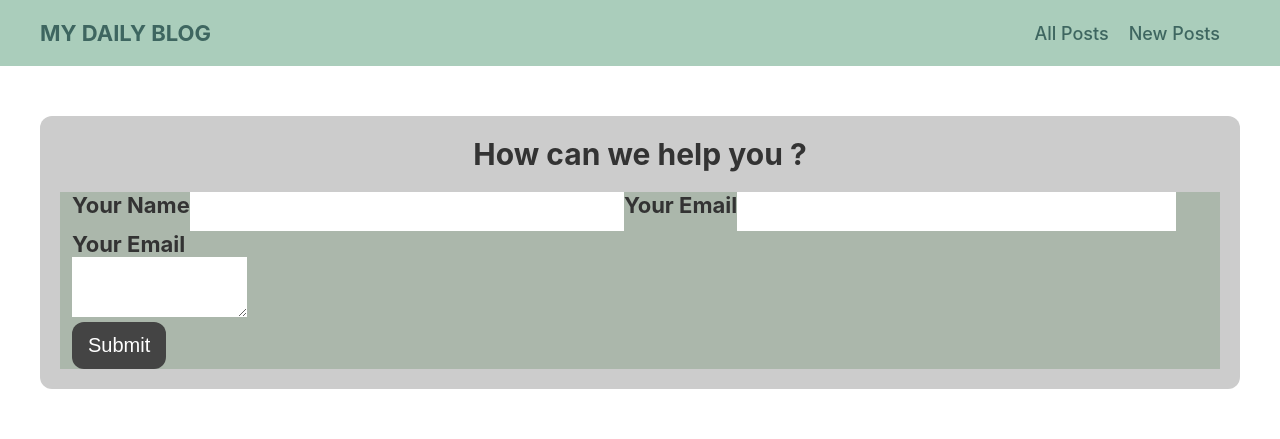
Repository: lyvandat/post-project-nextjs
Page: /new-post
The author's editor kept a copy of each file at every save. The page is drawn from the files as they stood at one save, then again after the next save.
The browser window is 1280 px wide. The pictures show the whole page.
The project was rebuilt for these pictures with package versions that can differ from the ones it lists, and the page was loaded fresh each time. The framework's server and built-in components were replaced by stand-ins that run in the browser. Also part of the build but not shown: next.config.js.

Above is the page before, as saved 2022-09-26 18:38:15.

### pages/_app.tsx
import "../styles/globals.css";
import type { AppProps } from "next/app";
import Layout from "../components/layout/Layout";

function MyApp({ Component, pageProps }: AppProps) {
  return (
    <Layout>
      <Component {...pageProps} />
    </Layout>
  );
}

export default MyApp;

### pages/new-post.tsx
import NewPost from "../components/posts/NewPost";
const NewPostPage: React.FC = (props) => {
  return <NewPost />;
};

export default NewPostPage;

### styles/globals.css
:root {
  --background-green: #aacdbb;
  --light-green: #abb7ab;
  --medium-green: #8b9874;
  --high-green: #3e6660;
}

html,
body {
  color: var(--medium-green);
  padding: 0;
  margin: 0;
  font-family: -apple-system, BlinkMacSystemFont, Segoe UI, Roboto, Oxygen,
    Ubuntu, Cantarell, Fira Sans, Droid Sans, Helvetica Neue, sans-serif;
}

html {
  font-size: 62.5%;
}

body {
  font-size: 1.6rem;
}

a {
  color: inherit;
  text-decoration: none;
}

* {
  box-sizing: border-box;
  margin: 0;
  border: 0;
  padding: 0;
}

ul {
  padding-left: 0;
  list-style: none;
}

button {
  outline: none;
}

img {
  display: block;
  max-width: 100%;
}

.container {
  max-width: 1200px;
  width: 100%;
  margin-left: auto;
  margin-right: auto;
}

.container > h2 {
  text-align: center;
  color: white;
  opacity: 0.66;
  margin-bottom: 40px;
  margin-top: 10px;
  padding-top: 30px;
  font-size: 2.8rem;
  font-weight: 600;
  text-transform: capitalize;
}

.padding-section {
  padding-top: 50px;
  padding-bottom: 30px;
}

### components/layout/Layout.tsx
import React from "react";
import classes from "./Layout.module.css";
import MainNavigation from "./MainNavigation";

const Layout: React.FC<{ children: React.ReactNode }> = (props) => {
  return (
    <React.Fragment>
      <MainNavigation></MainNavigation>
      <main className={classes.main}>{props.children}</main>
    </React.Fragment>
  );
};

export default Layout;

### components/posts/NewPost.tsx
import classes from "./NewPost.module.css";

const NewPost: React.FC = (props) => {
  return (
    <section className={`${classes.contact} container`}>
      <h1> How can we help you ?</h1>
      <form className={classes.form}>
        <div className={classes.controls}>
          <div className={classes.control}>
            <label htmlFor="name">Your Name</label>
            <input id="name" type="text"></input>
          </div>
          <div className={classes.control}>
            <label htmlFor="email">Your Email</label>
            <input id="email" type="text"></input>
          </div>
        </div>
        <div className={classes.text}>
          <label htmlFor="feedback">Your Email</label>
          <textarea id="feedback" rows={4}></textarea>
        </div>
        <div className={classes.actions}>
          <button type="submit">Submit</button>
        </div>
      </form>
    </section>
  );
};

export default NewPost;

### components/layout/Layout.module.css
.main {
  width: 100%;
  margin-left: auto;
  margin-right: auto;
}

### components/layout/MainNavigation.tsx
import classes from "./MainNavigation.module.css";
import Link from "next/link";

const MainNavigation: React.FC = (props) => {
  return (
    <header className={classes["main-header"]}>
      <div className={classes.container}>
        <Link href="/">
          <a>
            <h2>My Daily Blog</h2>
          </a>
        </Link>
        <nav>
          <ul>
            <li>
              <Link href="/all-posts">All Posts</Link>
            </li>
            <li>
              <Link href="/new-post">New Posts</Link>
            </li>
          </ul>
        </nav>
      </div>
    </header>
  );
};

export default MainNavigation;

### components/posts/NewPost.module.css
.contact {
  background-color: #ccc;
  border-radius: 12px;
  padding: 20px;
  color: #333;
  font-size: 2.2rem;
  font-weight: bold;
  margin-top: 50px;
}

.contact h1 {
  font-size: 3rem;
  text-align: center;
  margin-bottom: 20px;
}

.form {
  padding: 0 12px;
  background-color: var(--light-green);
}

.controls {
  display: flex;
  flex-flow: row nowrap;
}

.control {
  width: calc(50% - 16px);
  display: flex;
}

.control input {
  flex: 1;
  padding: 12px;
}

.text label {
  display: block;
}

.actions {
  margin-left: auto;
}

.actions button {
  font-size: 2rem;
  background-color: #444;
  color: #fff;
  padding: 12px 16px;
  border-radius: 12px;
}

.actions button:hover {
  background-color: #222;
}

### components/layout/MainNavigation.module.css
.main-header {
  background-color: var(--background-green);
  padding: 20px;
}

.container {
  color: var(--high-green);
  width: 100%;
  max-width: 1200px;
  display: flex;
  justify-content: space-between;
  align-items: center;
  margin: 0 auto;
}

.container h2 {
  font-size: 22px;
  font-weight: 700;
  text-transform: uppercase;
}

.container nav {
}

.container ul {
  display: flex;
  justify-content: flex-start;
}

.container li {
  margin-right: 20px;
}

.container a {
  font-weight: 600;
  font-size: 18px;
  font-weight: 500;
}

After the next save:
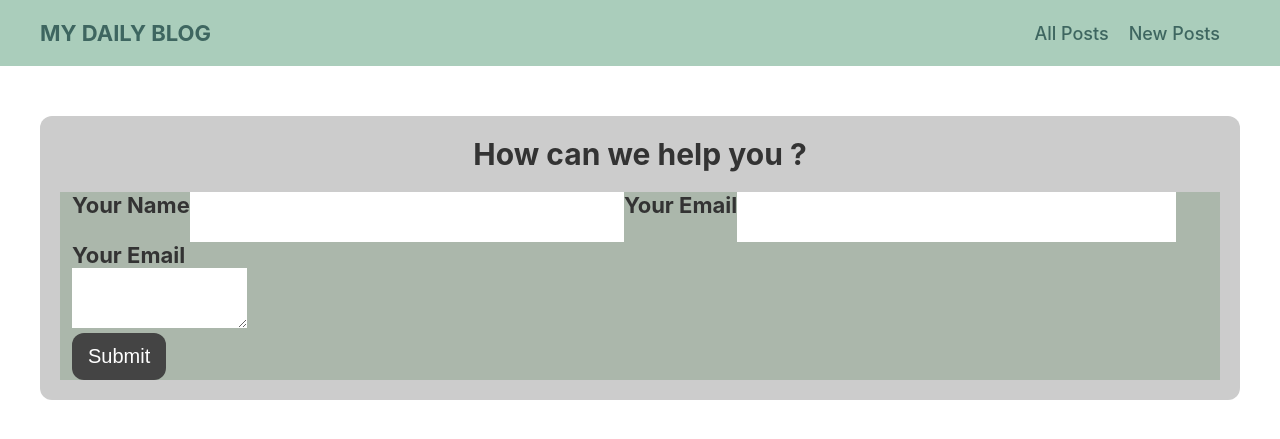
Saved 12 s later.
--- a/components/posts/NewPost.module.css
+++ b/components/posts/NewPost.module.css
@@ -32,6 +32,7 @@
 .control input {
   flex: 1;
   padding: 12px;
+  font-size: inherit;
 }
 
 .text label {
